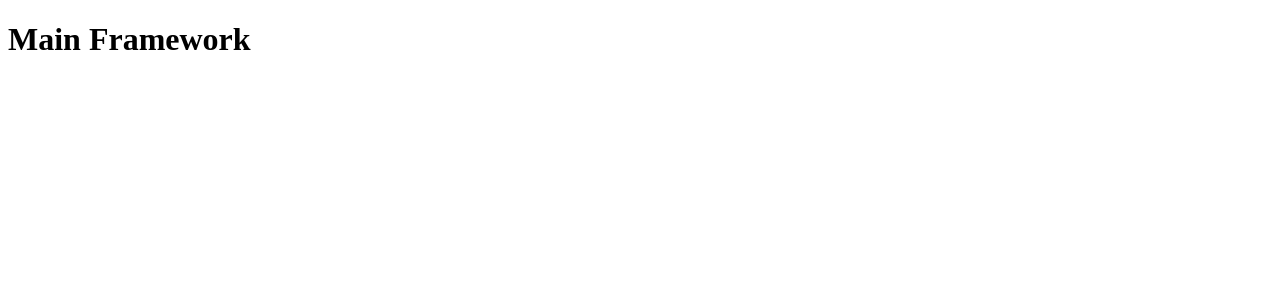
Repository: GregorPiev/angularjs-add-book
Page: index.html
An editor plug-in stored every save of this project. The page is shown before and after the next save, followed by the edit.
The browser window is 1280 px wide. The pictures show the whole page.

Above is the page before, as saved 2020-09-23 16:00:01.

### index.html
<!DOCTYPE html>
<html lang="en" ng-app="addBook">
	<head>
		<meta charset="UTF-8" />
		<meta name="viewport" content="width=device-width, initial-scale=1.0" />
		<title>Add Book - Test AngularJS</title>
		<base href="/" />
		<link href="node_modules/bootstrap/dist/css/bootstrap.min.css" />
	</head>
	<body>
		<main>
			<div ng-view></div>
		</main>
		<script src="node_modules/angular/angular.min.js"></script>
		<script src="node_modules/angular-route/angular-route.min.js"></script>
		<script src="node_modules/angular-resource/angular-resource.min.js"></script>

		<script src="app/app.module.js"></script>
		<script src="app/app.config.js"></script>

		<script src="app/main/main.module.js"></script>
		<script src="app/main/main.component.js"></script>
		<script src="app/main/component/main.controller.js"></script>

		<script src="app/genre/genre.module.js"></script>
		<script src="app/genre/genre.component.js"></script>
		<script src="app/genre/component/genre.controller.js"></script>

		<script src="app/subgenre/subgenre.module.js"></script>
		<script src="app/subgenre/subgenre.component.js"></script>
		<script src="app/subgenre/component/subgenre.controller.js"></script>

		<script src="app/add-subgenre/add-subgenre.module.js"></script>
		<script src="app/add-subgenre/add-subgenre.component.js"></script>
		<script src="app/add-subgenre/component/add-subgenre.controller.js"></script>

		<script src="app/add-book/add-book.module.js"></script>
		<script src="app/add-book/add-book.component.js"></script>
		<script src="app/add-book/component/add-book.controller.js"></script>

		<!-- <script src="app/service/service.module.js"></script>
		<script src="app/service/service.service.js"></script> -->
	</body>
</html>

### app/app.module.js
'use strict'
angular.module('addBook', [
    'ngRoute',
    'ngResource',

    'main',
    'genre',
    'subgenre',
    'addSubgenre',
    'addBookItem'
]);

### app/app.config.js
'use strict'
angular.module('addBook')
    .config(function (
        $locationProvider,
        $routeProvider
    ) {
        console.info("Config");
        $locationProvider.html5Mode({ enabled: true });
        $routeProvider
            .when('/', {
                template: '<genre></genre>'
            })
            .when('/subgenre/:id', {
                template: '<subgenre></subgenre>'
            })
            .when('/add-subgenre/:id', {
                template: '<add-subgenre></add-subgenre>'
            })
            .when('/add-book', {
                template: '<add-book></add-book>'
            })
            .otherwise({
                template: '<h3>Not Found</h3>'
            })
    });

### app/main/main.module.js
'use strict'
angular.module('main', []);

### app/main/main.component.js
angular.module('main')
    .component('main', {
        templateUrl: '/app/main/component/main.template.html',
        controller: 'mainController',
        controllerAs: 'Main'
    })

### app/main/component/main.controller.js
'use strict'
angular.module('main')
    .controller('mainController', function ($scope) {
        $scope.title = 'Main Framework'
    })

### app/genre/genre.module.js
'use strict'
angular.module('genre', []);

### app/genre/genre.component.js
angular.module('genre')
    .component('genreComponent', {
        templateUrl: '/app/genre/component/genre.template.html',
        controller: 'genreController',
        controllerAs: 'Genre'
    })

### app/genre/component/genre.controller.js
angular.module('genre')
    .controller('genreController', function ($scope) {
        $scope.title = 'Genre fgdfgdfgdf';
        console.log('genreController');

    })

### app/subgenre/subgenre.module.js
'use strict'
angular.module('subgenre', []);

### app/subgenre/subgenre.component.js
angular.module('subgenre')
    .component('subgenreComponent', {
        templateUrl: '/app/subgenre/component/subgenre.template.html',
        controller: 'subgenreController',
        controllerAs: 'Subgenre'
    })

### app/subgenre/component/subgenre.controller.js
angular.module('subgenre')
    .controller('subgenreController', function ($scope, $routeParams) {
        var id = $routeParams.id;
        $scope.title = `SubGenre ${id}`;
    })

### app/add-subgenre/add-subgenre.module.js
'use strict'
angular.module('addSubgenre', []);

### app/add-subgenre/add-subgenre.component.js
'use strict'
angular.module('addSubgenre')
    .component('addSubgenreComponent', {
        templateUrl: '/app/add-subgenre/component/add-subgenre.template.html',
        controller: 'addSubgenreController',
        controllerAs: 'AddSubgenre'
    })

### app/add-subgenre/component/add-subgenre.controller.js
'use strict'
angular.module('addSubgenre')
    .controller('addSubgenreController', function ($scope, $routeParams) {
        var id = $routeParams.id;
        $scope.title = `Add Subgenre: ${id}`;
    });

### app/add-book/add-book.module.js
'use strict'
angular.module('addBookItem', []);

### app/add-book/add-book.component.js
'use strict'
angular.module('addBookItem')
    .component('addBookItemComponent', {
        templateUrl: '/app/add-book/component/add-book.template.html',
        controller: 'addBookItemController',
        controllerAs: 'AddBookItem'
    });

### app/add-book/component/add-book.controller.js
'use strict'
angular.module('addBookItem')
    .controller('addBookItemController', function ($scope, $routeParams) {
        $scope.title = 'Add Book'
    });

Loaded but not shown: node_modules/angular/angular.min.js (library); node_modules/angular-route/angular-route.min.js (library); node_modules/angular-resource/angular-resource.min.js (library); app/main/component/main.template.html (common file)

After the next save:
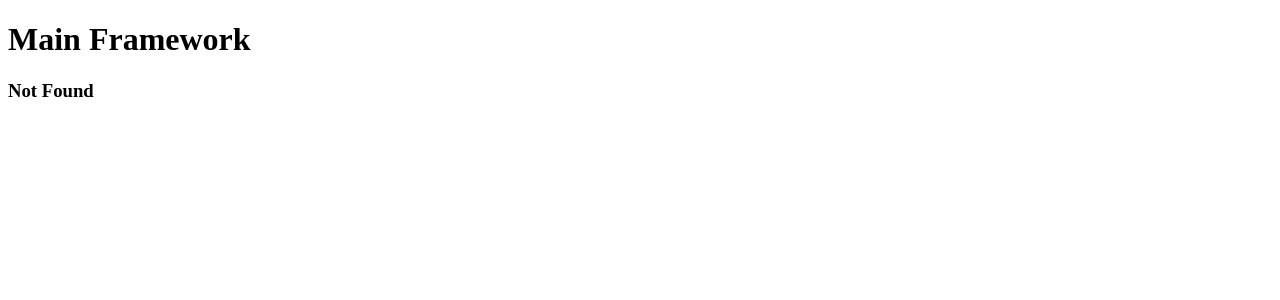
Saved 18 s later.
--- a/index.html
+++ b/index.html
@@ -8,9 +8,8 @@
 		<link href="node_modules/bootstrap/dist/css/bootstrap.min.css" />
 	</head>
 	<body>
-		<main>
-			<div ng-view></div>
-		</main>
+		<main></main>
+		<div ng-view></div>
 		<script src="node_modules/angular/angular.min.js"></script>
 		<script src="node_modules/angular-route/angular-route.min.js"></script>
 		<script src="node_modules/angular-resource/angular-resource.min.js"></script>
